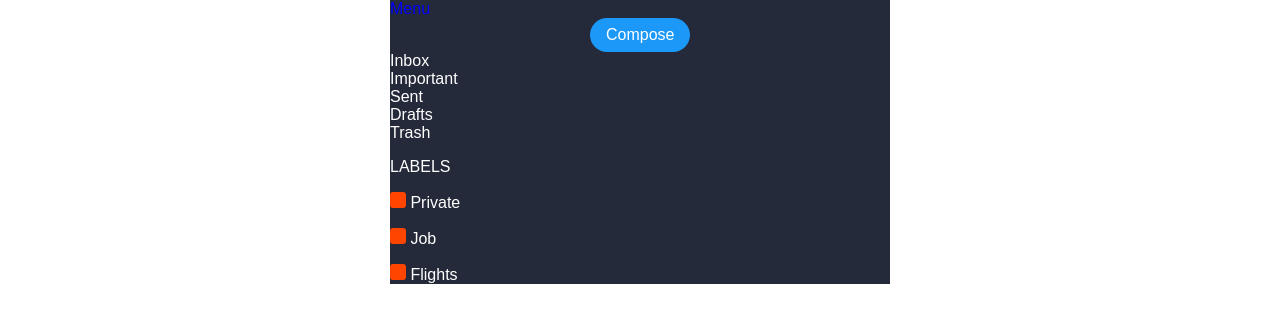
Repository: Gumiin/studia
Page: lesson4/index.html
These files come from the project's save history. The page is drawn as it stood at one moment and after the next save; the edit follows.
The browser window is 1280 px wide. The pictures show the whole page.

Above is the page before, as saved 2021-04-07 18:12:17.

After the next save:
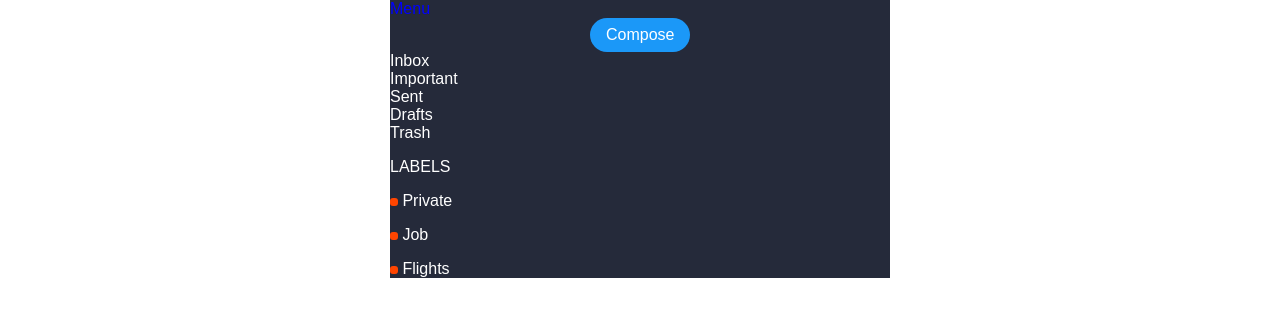
Saved 11 s later.
--- a/lesson4/style.css
+++ b/lesson4/style.css
@@ -36,6 +36,6 @@ body{
     text-align: center;
     text-decoration: none;
     display: inline-block;
-    padding: 8px 8px;
+    padding: 4px 4px;
     border-radius: 3px;
 }
